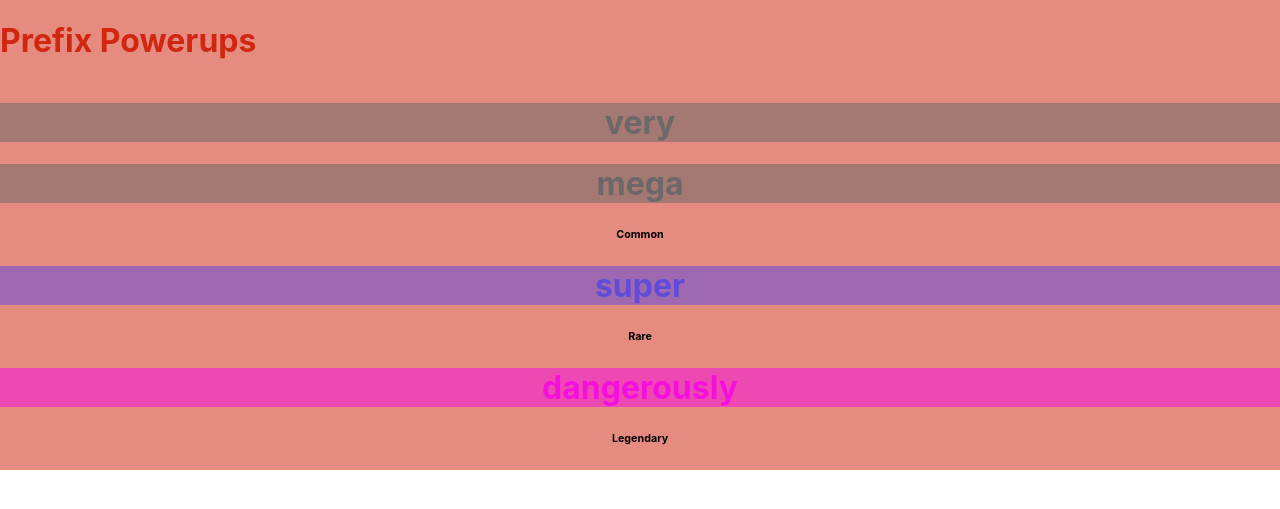
Repository: bsalgado98/buns-inator
Page: /
An editor plug-in stored every save of this project. The page is shown before and after a run of saves, followed by the edit.
The browser window is 1280 px wide. The pictures show the whole page.
The project was rebuilt for these pictures with package versions that can differ from the ones it lists, and the page was loaded fresh each time.

Above is the page before, as saved 2022-04-25 22:29:00.

### src/index.css
body {
    margin: 0;
    padding: 0;
    font-family: -apple-system, BlinkMacSystemFont, 'Segoe UI', 'Roboto', 'Oxygen',
        'Ubuntu', 'Cantarell', 'Fira Sans', 'Droid Sans', 'Helvetica Neue',
        sans-serif;
    -webkit-font-smoothing: antialiased;
    -moz-osx-font-smoothing: grayscale;
}

code {
    font-family: source-code-pro, Menlo, Monaco, Consolas, 'Courier New', monospace;
}

### src/App.js
import './App.css';
import WordBank from './components/WordBank/WordBank'

function App() {
    const wordList = {
        prefixPowerups: [
            {
                sectionTitle: "Common",
                words: ['very', 'mega'],
                color: "#6b6867"
            },
            {
                sectionTitle: "Rare",
                words: ['super'],
                color: "#614cd9"
            },
            {
                sectionTitle: "Legendary",
                words: ['dangerously'],
                color: "#f50fde"
            }
        ]
    }

    return (
        <div className="App">
            <WordBank bankTitle='Prefix Powerups' color="#d12711" wordCollection={wordList.prefixPowerups}/>
        </div>
    );
}

export default App;

### src/components/WordBank/WordBank.js
import createWordSection from "../../utility/wordSection"

const WordBank = ({ bankTitle = "N/A", color = "#000000", wordCollection = [] }) => {
    const styles = {
        container: {
            style: {
                backgroundColor: `${color}88`,
                display: 'flex',
                flexDirection: 'column'
            }
        },
        title: {
            style: {
                color: color
            },
            container: {
                style: {
                    display: 'flex',
                    width: '100%'
                }
            }
        },
        collectionArea: {
            style: {
                display: 'flex',
                background: 'black'
            }
        }
    }
    return (
        <div style={styles.container.style}>
            <div style={styles.title.container.style}>
                <h1 style={styles.title.style}>{bankTitle}</h1>
            </div>
            <div>
                {wordCollection.map((section, i) => {
                    console.log(section.sectionTitle)
                    return (
                        <div key={`section-${i}`}>
                            {createWordSection(section.words, section.color)}
                            <h6>{section.sectionTitle}</h6>
                        </div>
                    )
                })}
            </div>
        </div>
    )
}

export default WordBank

### src/utility/wordSection.js
import WordCard from "../components/WordCard/WordCard";

function createWordSection(words, wordColor) {
    return words.map((word, i) => <WordCard key={`word-${i}`} text={word} color={wordColor} />)
}

export default createWordSection

### src/components/WordCard/WordCard.js
const WordCard = ({ text = "N/A", color = "#000000" }) => {
    const styles = {
        container: {
            style: {
                background: `${color}88`,
                display: 'block'
            }
        },
        text: {
            style: {
                color: color
            }
        }
    }
    return (
        <div style={styles.container.style}>
            <h1 style={styles.text.style}>{text}</h1>
        </div>
    )
}

export default WordCard

Loaded but not shown: public/index.html (common file); src/index.js (common file); src/reportWebVitals.js (common file); src/App.css (common file)

After the next 2 saves:
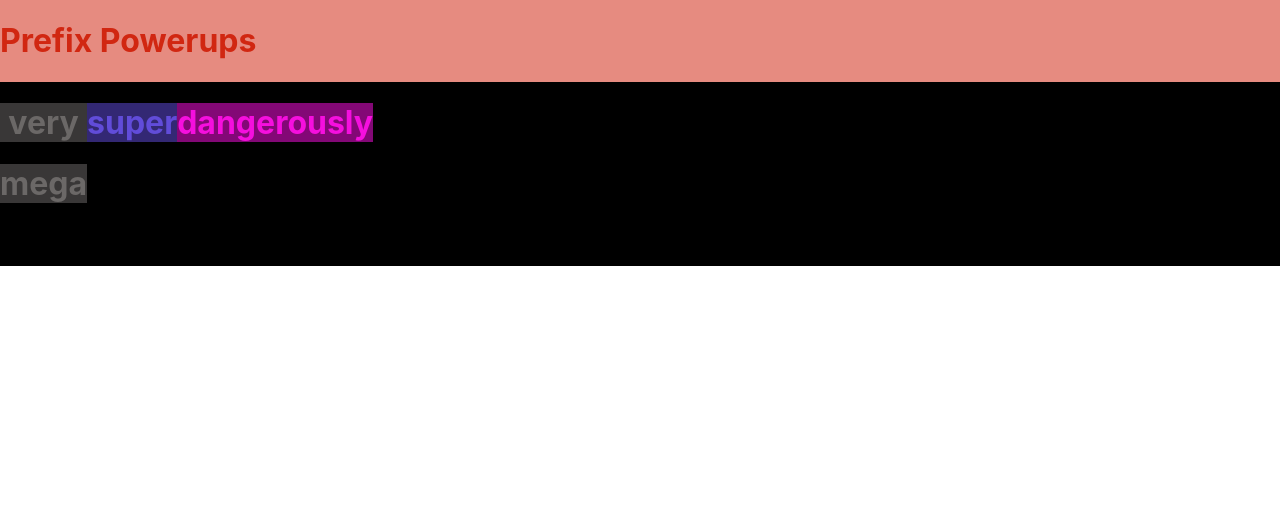
The 2 saves are shown as one change because 1 did not build or start.
The last was saved 29 s later.
--- a/src/components/WordBank/WordBank.js
+++ b/src/components/WordBank/WordBank.js
@@ -32,7 +32,7 @@ const WordBank = ({ bankTitle = "N/A", color = "#000000", wordCollection = [] })
             <div style={styles.title.container.style}>
                 <h1 style={styles.title.style}>{bankTitle}</h1>
             </div>
-            <div>
+            <div style={styles.collectionArea.style}>
                 {wordCollection.map((section, i) => {
                     console.log(section.sectionTitle)
                     return (
